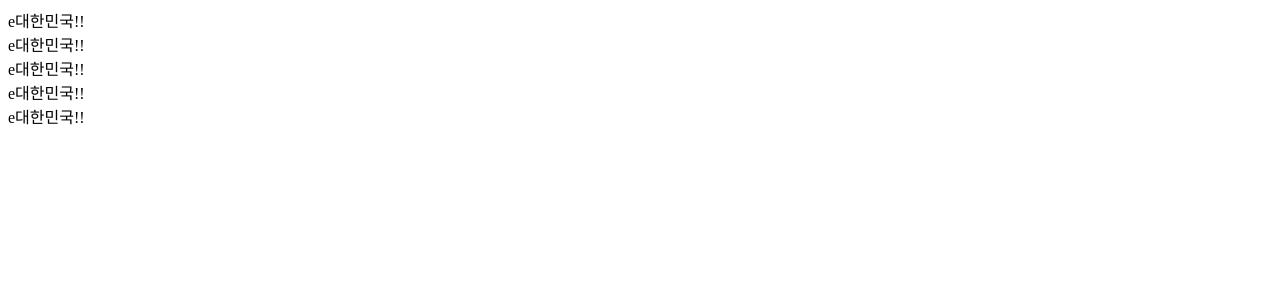
Repository: chanhooop/JSP
Page: http://localhost/JSTL/jstl_08.jsp
These files come from the project's save history. The page is drawn as it stood at one moment and after the next save; the edit follows.
The browser window is 1280 px wide. The pictures show the whole page.
The page is served by Tomcat 9.

Above is the page before, as saved 2021-05-10 05:32:20.

### JSTL/src/main/webapp/jstl_08.jsp
<%@ page language="java" contentType="text/html; charset=UTF-8"
    pageEncoding="UTF-8"%>
         <!-- JSTL하려면 이 태그 를 넣어줘야한다! -->
 <%@taglib prefix="c" uri="http://java.sun.com/jsp/jstl/core" %>
<!DOCTYPE html>
<html>
<head>
<meta charset="UTF-8">
<title>Insert title here</title>
</head>
<body>
<!-- for문과 같은원리 -->
		<c:forEach var="cnt" begin="1" end="5">
			<font size="$[cnt ]">
				e대한민국!!<br>
			</font>
		</c:forEach>

</body>
</html>

After the next save:
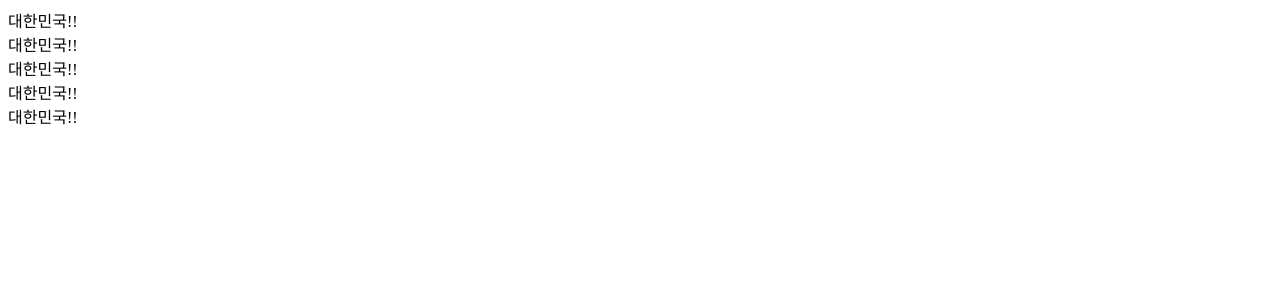
Saved 38 s later.
--- a/JSTL/src/main/webapp/jstl_08.jsp
+++ b/JSTL/src/main/webapp/jstl_08.jsp
@@ -12,7 +12,7 @@
 <!-- for문과 같은원리 -->
 		<c:forEach var="cnt" begin="1" end="5">
 			<font size="$[cnt ]">
-				e대한민국!!<br>
+				대한민국!!<br>
 			</font>
 		</c:forEach>
 
